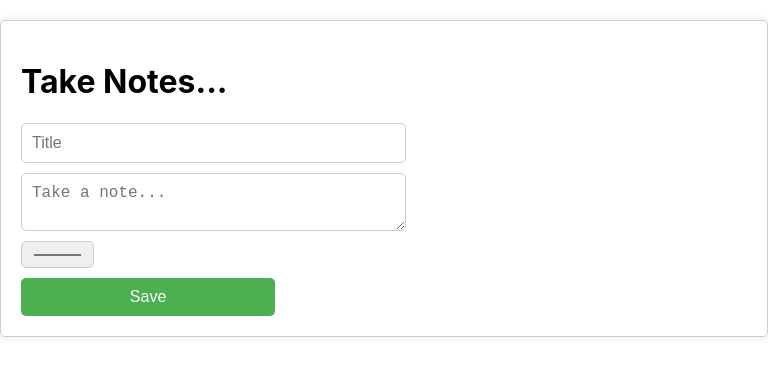
Repository: drumsmanku/google-keep-clone-1
Page: /
The author's editor kept a copy of each file at every save. The page is drawn from the files as they stood at one save, then again after the next save.
The browser window is 768 px wide. The pictures show the whole page.
The project was rebuilt for these pictures with package versions that can differ from the ones it lists, and the page was loaded fresh each time. Also part of the build but not shown: src/Components/Note.css, src/Components/Note.js.

Above is the page before, as saved 2023-12-23 11:09:34.

### src/App.js
import React, { useState, useEffect } from 'react';
import NoteList from './Components/NoteList';
import NoteForm from './Components/NoteForm';
import './App.css';

function App() {
  // Load notes from local storage or set to empty array
  const [notes, setNotes] = useState(
    JSON.parse(localStorage.getItem('notes')) || []
  );

  // This effect saves notes to local storage whenever notes state changes
  useEffect(() => {
    localStorage.setItem('notes', JSON.stringify(notes));
  }, [notes]);

  const createNote = (note) => {
    setNotes([note, ...notes]); // Prepend the new note to the beginning of the list
  };

  const editNote = (id, updatedNote) => {
    setNotes(notes.map(note => note.id === id ? updatedNote : note));
  };

  const deleteNote = (id) => {
    setNotes(notes.filter(note => note.id !== id)); // Remove note by id
  };

  return (
    <div className="app">
      <h1>Take Notes...</h1>
      <NoteForm onCreate={createNote} />
      <NoteList notes={notes} onDelete={deleteNote} onEdit={editNote} />
    </div>
  );
}

export default App;

### src/Components/NoteList.js
// NoteList does not need to change much, but it will pass the delete and edit functions down to Notes.
import React from 'react';
import Note from './Note';
import './NoteList.css';

function NoteList({ notes, onDelete, onEdit }) {
  return (
    <div className="note-list">
      {notes.map((note) => (
        <Note
          key={note.id}
          note={note}
          onDelete={onDelete}
          onEdit={onEdit}
        />
      ))}
    </div>
  );
}

export default NoteList;

### src/Components/NoteForm.js
// NoteForm will handle the creation of new notes.
import React, { useState } from 'react';
import './NoteForm.css'

function NoteForm({ onCreate }) {
  const [newNote, setNewNote] = useState({
    title: '',
    content: '',
    color: '#FFFFFF'
  });

  const handleSave = () => {
    if (newNote.title && newNote.content) {
      onCreate({ ...newNote, id: Date.now(), editTimestamp: Date.now() });
      setNewNote({ title: '', content: '', color: '#FFFFFF' }); // Reset the form
    }
  };

  const handleChange = (e) => {
    setNewNote({ ...newNote, [e.target.name]: e.target.value });
  };

  return (
    <div className="note-form">
      <input
        name="title"
        type="text"
        value={newNote.title}
        onChange={handleChange}
        placeholder="Title"
      />
      <textarea
        name="content"
        value={newNote.content}
        onChange={handleChange}
        placeholder="Take a note..."
      />
      <input
        name="color"
        type="color"
        value={newNote.color}
        onChange={handleChange}
      />
      <button onClick={handleSave}>Save</button>
    </div>
  );
}

export default NoteForm;

### src/App.css
.app {
  max-width: 800px;
  margin: 20px auto;
  padding: 20px;
  border: 1px solid #ccc;
  border-radius: 5px;
  background-color: #fff;
  box-shadow: 0 0 10px rgba(0, 0, 0, 0.1);
}

### src/Components/NoteList.css
.note-list {
  display: grid;
  grid-template-columns: repeat(auto-fill, minmax(250px, 1fr));
  gap: 20px;
}

### src/Components/NoteForm.css
.note-form {
  margin-top: 20px;
  display: flex;
  flex-direction: column;
}

.note-form input,
.note-form textarea {
  width: 50%;
  padding: 10px;
  margin-bottom: 10px;
  font-size: 16px;
  border: 1px solid #ccc;
  border-radius: 5px;
}

.note-form input[type='color']{
  width: 5%;
  padding: 10px;
  margin-bottom: 10px;
  font-size: 16px;
  border: 1px solid #ccc;
  border-radius: 5px;
  margin-right: 1rem;
}

.note-form button {
  width: 10%;
  padding: 10px 20px;
  font-size: 16px;
  border: none;
  border-radius: 5px;
  background-color: #4CAF50;
  color: white;
  cursor: pointer;
  transition: background-color 0.3s;
}

.note-form button:hover {
  background-color: #45a049;
}

@media (max-width: 768px) {
  .note-form button{
    width: 35%;
  }

  .note-form input[type='color']{
    width: 10%;
  }
}

Loaded but not shown: public/index.html (common file); src/index.js (common file); src/index.css (common file)

After the next save:
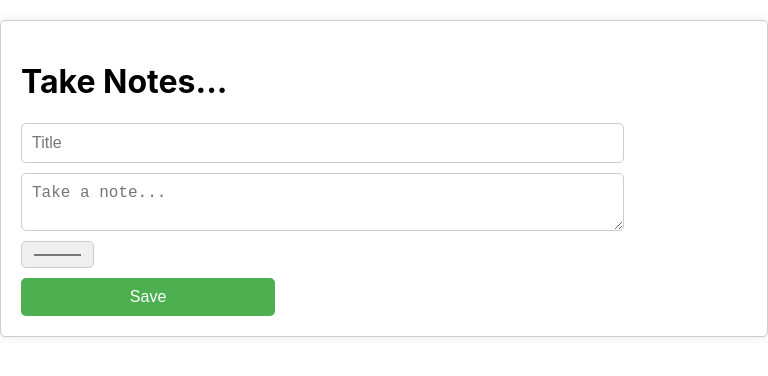
Saved 45 s later.
--- a/src/Components/NoteForm.css
+++ b/src/Components/NoteForm.css
@@ -48,4 +48,9 @@
   .note-form input[type='color']{
     width: 10%;
   }
+
+  .note-form input,
+.note-form textarea{
+  width: 80%;
 }
+}
